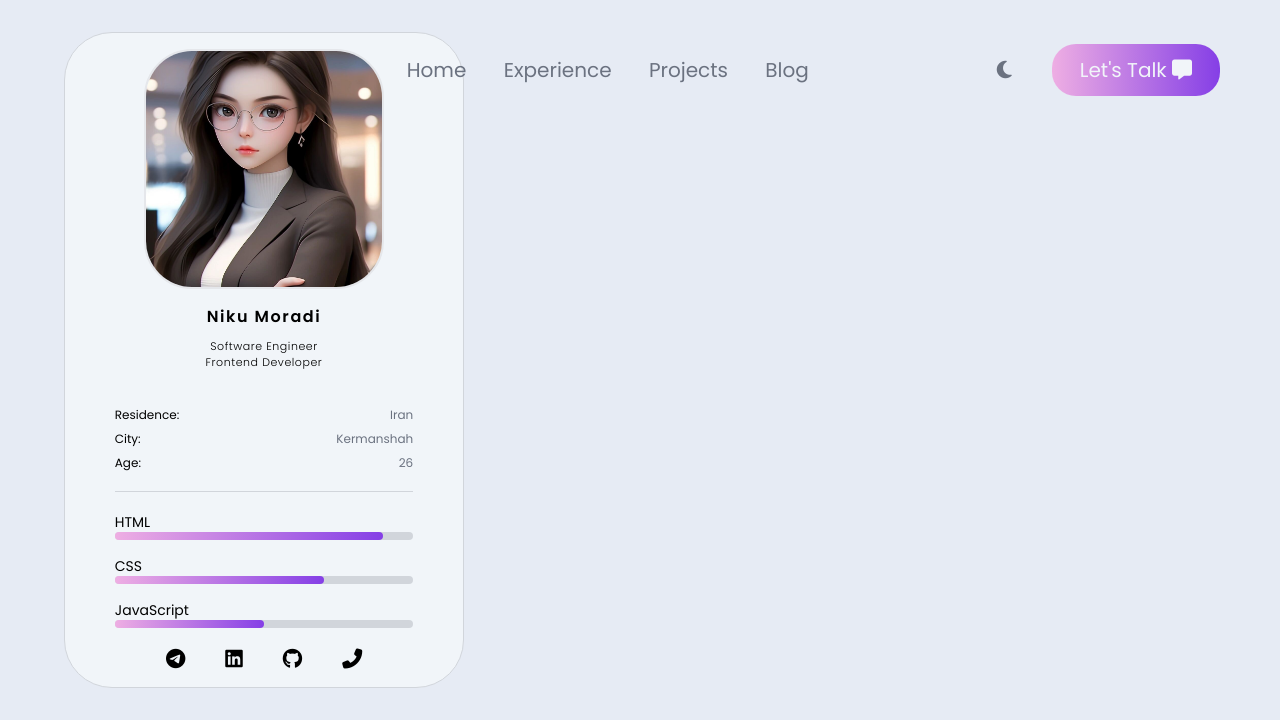
Repository: NikuMoradi/niku-moradi
Page: /
The author's editor kept a copy of each file at every save. The page is drawn from the files as they stood at one save, then again after the next save.
The browser window is 1280 px wide. The pictures show the whole page.
The project was rebuilt for these pictures with package versions that can differ from the ones it lists, and the page was loaded fresh each time. The framework's server and built-in components were replaced by stand-ins that run in the browser. Also part of the build but not shown: nuxt.config.ts, components/Blog Posts/Component-Design.vue, components/Blog.vue, components/Contact.vue, components/Education.vue, components/Experience.vue, components/Hero.vue, components/Menu.vue and 3 more.

Above is the page before, as saved 2024-12-01 12:04:19.

After the next save:
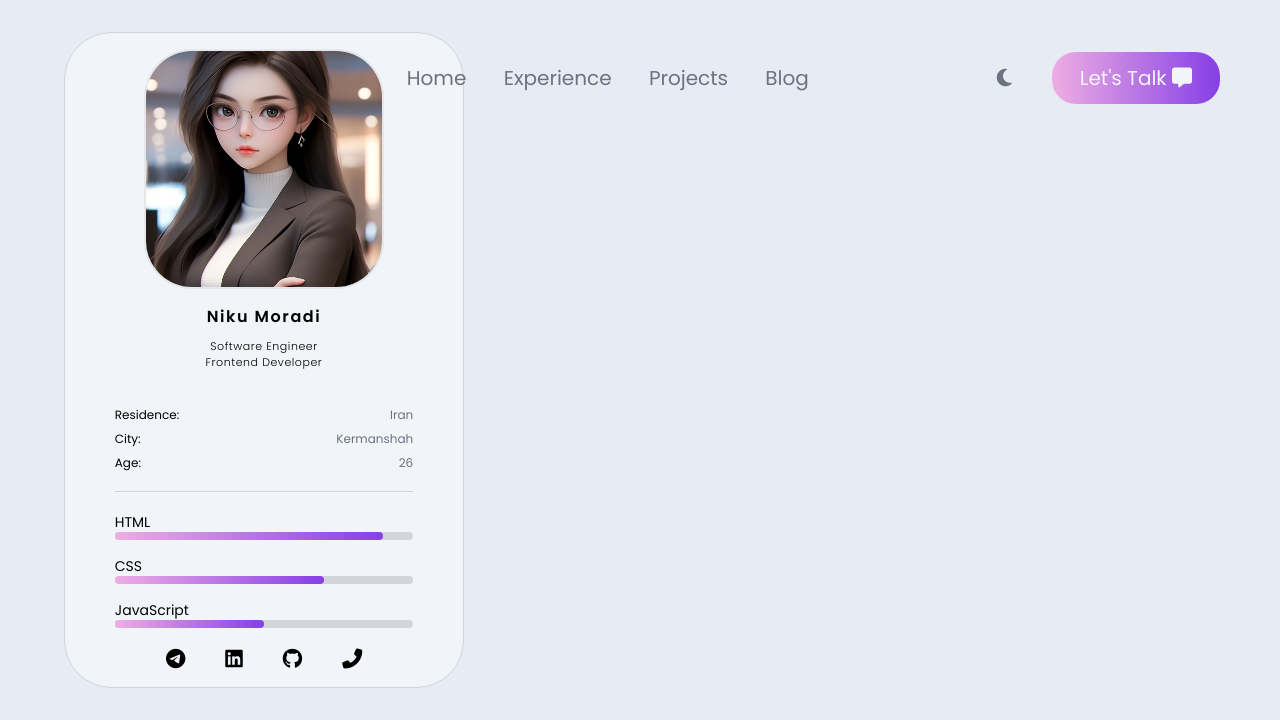
Saved 5 s later.
--- a/components/Navbar.vue
+++ b/components/Navbar.vue
@@ -1,6 +1,6 @@
 <template>
   <div
-    class="flex items-center justify-between px-3 py-1 space-x-12 fixed top-10 right-12 w-2/3"
+    class="flex items-center justify-between px-3 py-1 space-x-12 fixed top-12 right-12 w-2/3"
   >
     <!-- Menu Buttons -->
     <div>
